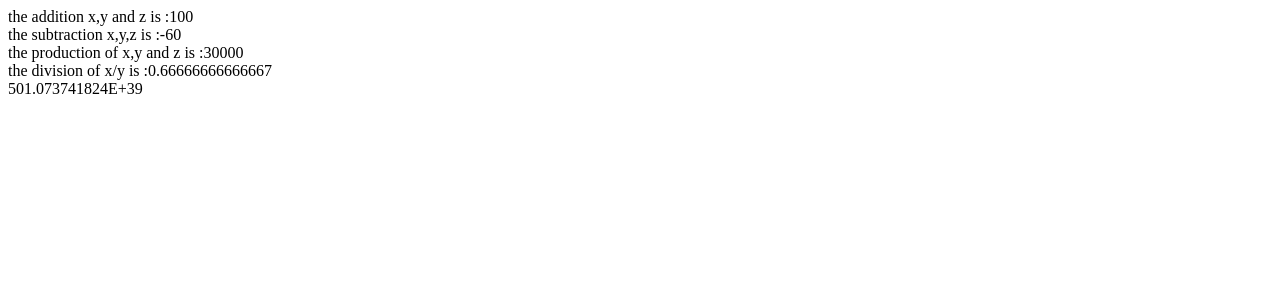
Repository: wakoya-tech/Node-js
Page: http://localhost/
These files come from the project's save history. The page is drawn as it stood at one moment and after the next save; the edit follows.
The browser window is 1280 px wide. The pictures show the whole page.
The page is run by PHP 8.4 with error messages shown; the project is at /var/www/html/.

Above is the page before, as saved 2025-12-09 10:55:45.

After the next save:
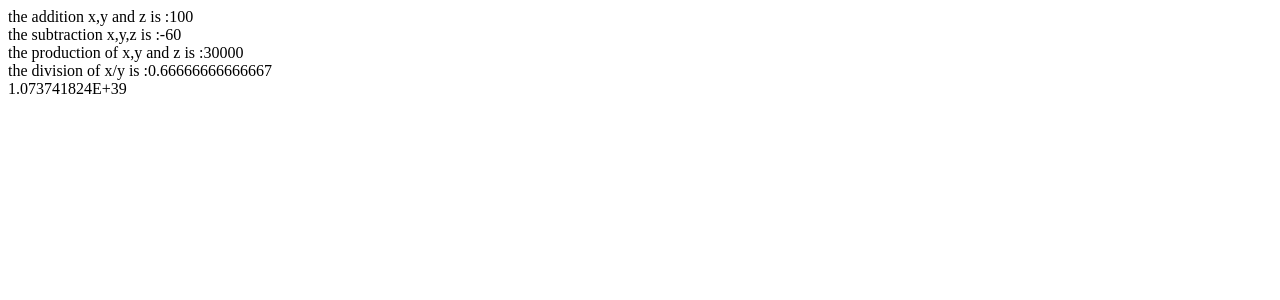
Saved 30 s later.
--- a/Documents/MyPhp/index.php
+++ b/Documents/MyPhp/index.php
@@ -40,6 +40,6 @@ echo "the addition x,y and z is :{$add} <br>";
 echo "the subtraction x,y,z is :{$sub} <br>";
 echo "the production of x,y and z is :{$pro} <br>";
 echo "the division of x/y is :{$div}<br>";
-echo $z;
+//echo $z;
 echo $x ** $y;
 ?>
